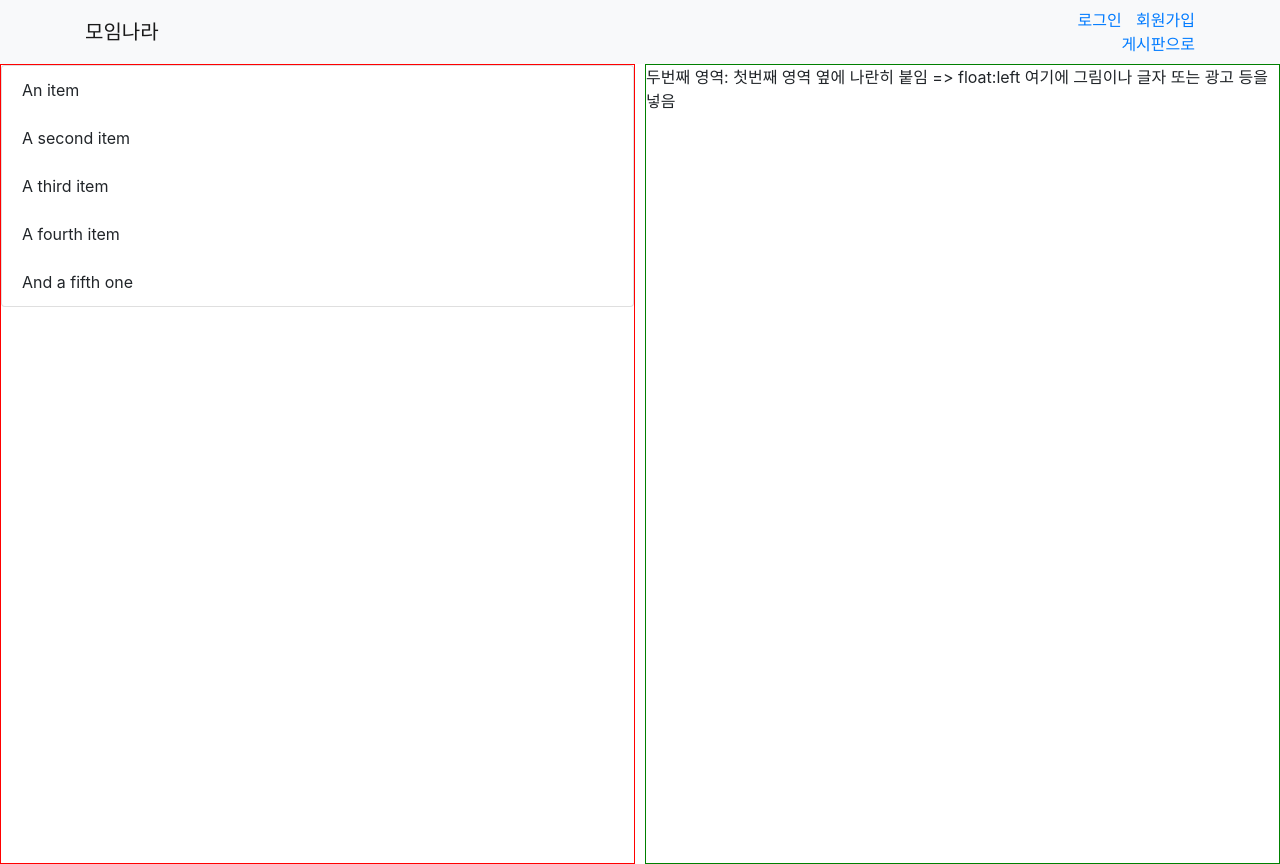
Repository: cmg9707/Devfox-spring-project
Page: http://localhost/DevJUS/WEB-INF/views/JUS/info.jsp
The author's editor kept a copy of each file at every save. The page is drawn from the files as they stood at one save, then again after the next save.
The browser window is 1280 px wide. The pictures show the whole page.
Some web libraries are served in a nearby version. The page is served by Tomcat 9. Nobody is signed in. The template is opened directly, without the code that normally fills it, so the values that code supplies are empty.

Above is the page before, as saved 2023-04-13 23:32:01.

After the next save:
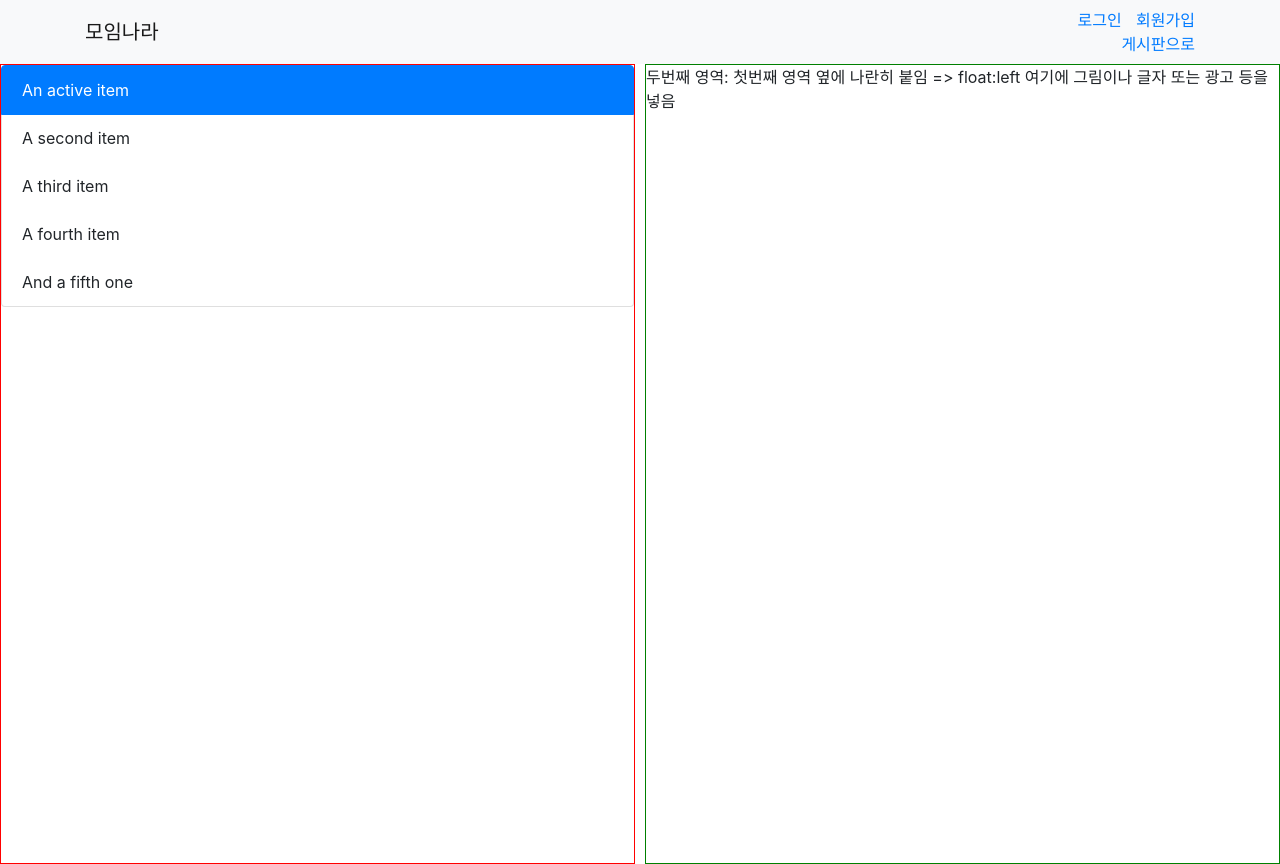
Saved 41 s later.
--- a/DevJUS/src/main/webapp/WEB-INF/views/JUS/info.jsp
+++ b/DevJUS/src/main/webapp/WEB-INF/views/JUS/info.jsp
@@ -53,12 +53,12 @@
 <div style="display: flex; justify-content: center;">
   <div style="width:700px; height:800px; border:1px solid red; float:left; margin-right:10px;">
     	<ul class="list-group">
-  			<li class="list-group-item">An item</li>
+  			<li class="list-group-item active" aria-current="true">An active item</li>
   			<li class="list-group-item">A second item</li>
   			<li class="list-group-item">A third item</li>
   			<li class="list-group-item">A fourth item</li>
   			<li class="list-group-item">And a fifth one</li>
-</ul>
+		</ul>
   </div>
   <div style="width:700px; height:800px; border:1px solid green; float:left;">
     두번째 영역:

After the save that followed:
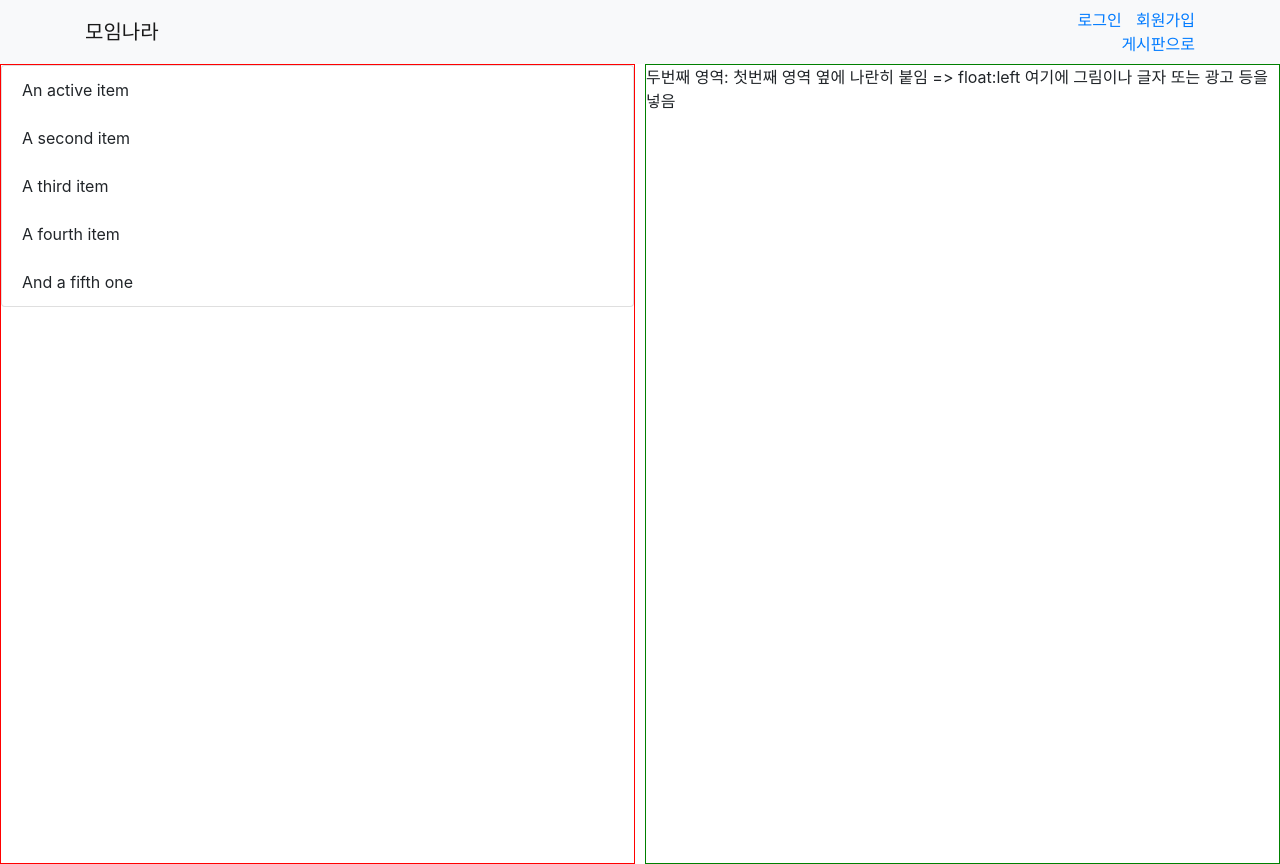
Saved 22 s later.
--- a/DevJUS/src/main/webapp/WEB-INF/views/JUS/info.jsp
+++ b/DevJUS/src/main/webapp/WEB-INF/views/JUS/info.jsp
@@ -53,7 +53,7 @@
 <div style="display: flex; justify-content: center;">
   <div style="width:700px; height:800px; border:1px solid red; float:left; margin-right:10px;">
     	<ul class="list-group">
-  			<li class="list-group-item active" aria-current="true">An active item</li>
+  			<li class="list-group-item">An active item</li>
   			<li class="list-group-item">A second item</li>
   			<li class="list-group-item">A third item</li>
   			<li class="list-group-item">A fourth item</li>
